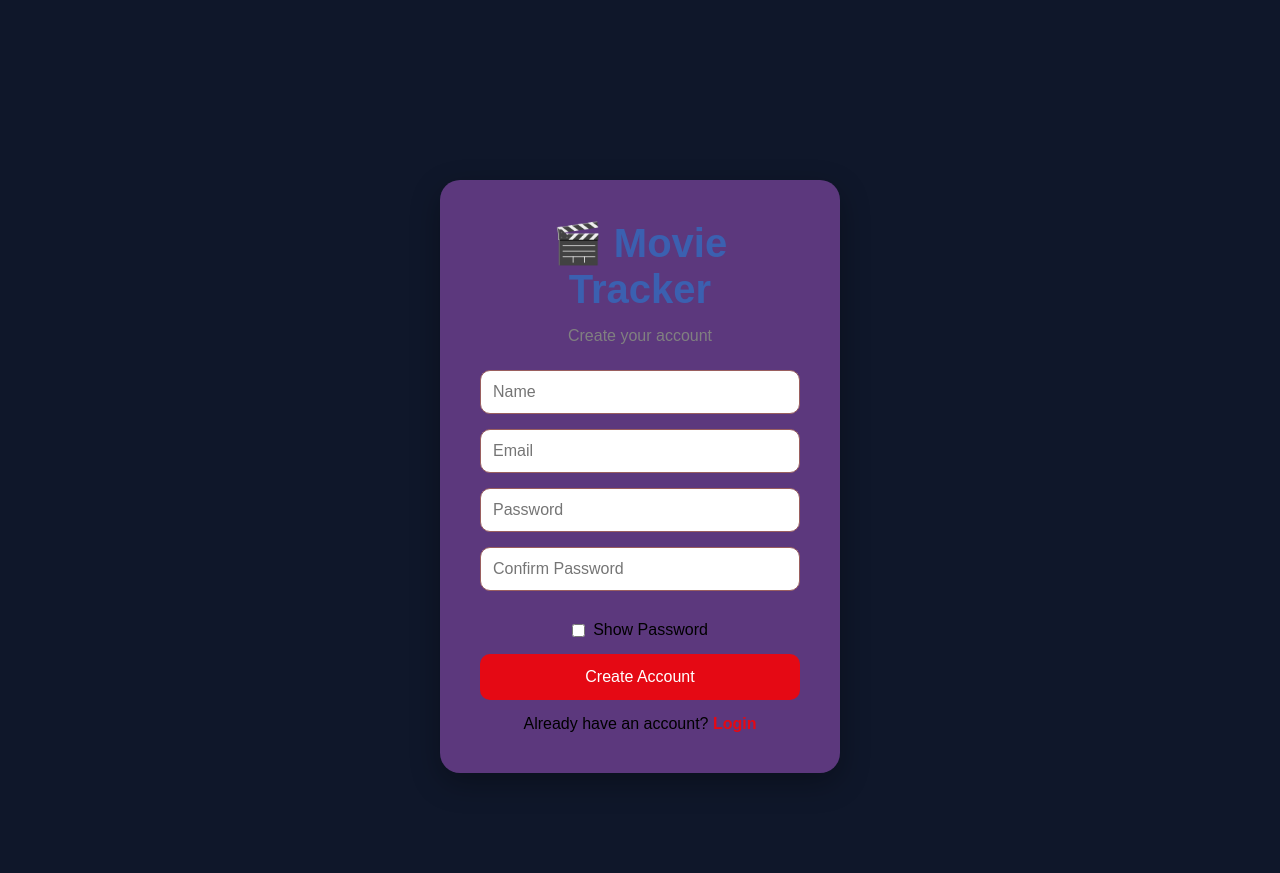
Repository: Dinesh-Codebais/movie-tracker
Page: signup.html
An editor plug-in stored every save of this project. The page is shown before and after the next save, followed by the edit.
The browser window is 1280 px wide. The pictures show the whole page.

Above is the page before, as saved 2026-06-22 10:56:43.
Console error: TypeError: Cannot read properties of null (reading 'addEventListener')

### signup.html
<!DOCTYPE html>
<html lang="en">
<head>
    <meta charset="UTF-8">
    <meta name="viewport" content="width=device-width, initial-scale=1.0">
    <title>Sign Up</title>

    <link rel="stylesheet" href="style.css">
</head>
<body>

   <div class="signup-box">

    <h2>🎬 Movie Tracker</h2>
    <p class="subtitle">Create your account</p>

    <input type="text" placeholder="Name">

    <input type="email" placeholder="Email">

    <input type="password" placeholder="Password">

    <input type="password" placeholder="Confirm Password">

    <div class="show-pass">
        <input type="checkbox">
        <label>Show Password</label>
    </div>

    <button>Create Account</button>

    <p>
        Already have an account?
        <a href="login.html">Login</a>
    </p>

</div>

    <script src="script.js"></script>

</body>
</html>

### style.css
/* RESET */
*{
    margin:0;
    padding:0;
    box-sizing:border-box;
}

/* BODY */
body{
    background:#0f172a;
    font-family:Arial, sans-serif;
}
.navbar{
    display:flex;
    justify-content:space-between;
    align-items:center;
    padding:20px 8%;
    background:#111827;
    position:sticky;
    top:0;
    z-index:1000;
}

.nav-links{
    display:flex;
    align-items:center;
    list-style:none;
    gap:20px;
}

.nav-links li{
    display:flex;
    align-items:center;
}

.nav-links a{
    color:white;
    text-decoration:none;
    padding:8px 15px;
    border-radius:8px;
    transition:0.3s;
}

.nav-links a:hover{
    background:#e50914;
    color:white;
}


#logoutBtn{
    background:#e50914;
    color:white;
    border:none;
    padding:8px 15px;
    border-radius:8px;
    cursor:pointer;
}


#userInfo{
    color:#facc15;
    font-weight:bold;
}

.logo img {
    height:100px;
    width:auto;
    cursor:pointer;
}

/* LINKS */
.nav-links{
    display:flex;
    list-style:none;
    gap:25px;
}

.nav-links a{
    color:white;
    text-decoration:none;
    padding:8px 15px;
    border-radius:8px;
    transition:0.3s;
}

.nav-links a:hover{
    background:#e50914;
    color:white;
}

/* HERO */
.hero{
    height:90vh;
    display:flex;
    justify-content:center;
    align-items:center;
    text-align:center;
    background:
    linear-gradient(rgba(0,0,0,0.6),rgba(0,0,0,0.7)),
    url("https://images.unsplash.com/photo-1489599849927-2ee91cede3ba");
    background-size:cover;
    background-position:center;
}

.hero-content{
    max-width:700px;
    color:white;
}

.hero-content h1{
    font-size:60px;
}

.hero-content p{
    font-size:20px;
    color:#d1d5db;
    margin:20px 0;
}

/* BUTTON */
.btn{
    display:inline-block;
    padding:15px 35px;
    background:#e50914;
    color:white;
    text-decoration:none;
    border-radius:8px;
    transition:0.3s;
}

.btn:hover{
    transform:translateY(-3px);
}

/* SECTIONS */
.trending,
.features,
.categories,
.stats,
.testimonials,
.newsletter{
    padding:80px 10%;
}

/* TITLES */
h2{
    text-align:center;
    color:white;
    font-size:40px;
    margin-bottom:40px;
}

/* GRID SYSTEM */
.movie-grid,
.feature-grid,
.category-grid,
.stats-grid,
.testimonial-grid{
    display:grid;
    gap:30px;
}

/* MOVIE CARDS */
.movie-grid{
    grid-template-columns:repeat(auto-fit,minmax(250px,1fr));
}

.movie-card img{
    width:100%;
    height:350px;
    object-fit:cover;
    display:block;
}

.movie-card h3{
    color:white;
    margin-top:15px;
}

.movie-card p{
    color:#facc15;
    margin:10px 0 20px;
}

.movie-card:hover{
    transform:translateY(-10px) scale(1.03);
}

/* FEATURE */
.feature-grid{
    grid-template-columns:repeat(auto-fit,minmax(250px,1fr));
}

.feature-card,
.category-card,
.stat-card,
.testimonial-card{
    background:#1f2937;
    padding:30px;
    border-radius:15px;
    color:white;
    text-align:center;
    transition:0.3s;
}

/* CATEGORY */
.category-grid{
    grid-template-columns:repeat(auto-fit,minmax(180px,1fr));
}

.category-card:hover{
    background:#e50914;
    transform:scale(1.05);
}

/* STATS */
.stats-grid{
    grid-template-columns:repeat(auto-fit,minmax(200px,1fr));
}

.stat-card h3{
    color:#e50914;
    font-size:40px;
}

/* TESTIMONIAL */
.testimonial-grid{
    grid-template-columns:repeat(auto-fit,minmax(280px,1fr));

}


/* NEWSLETTER */
.newsletter{
    text-align:center;
}

.newsletter-form{
    display:flex;
    justify-content:center;
    align-items:center;
    gap:10px;
    flex-wrap:wrap;
    margin-top:20px;
}
.newsletter{
    color: rgb(172, 51, 51);
}
/* CTA */
.cta{
    padding:100px 10%;
    text-align:center;
    background:linear-gradient(135deg,#e50914,#ff3b3b);
}

.cta h2{
    color:white;
    font-size:45px;
}

.cta-btn{
    display:inline-block;
    padding:15px 35px;
    background:white;
    color:#e50914;
    border-radius:10px;
    font-weight:bold;
}

/* FOOTER */
.footer{
    background:4E220F
    padding:60px 20px;
    text-align:center;
    color:white
}
/* RESPONSIVE */
@media(max-width:768px){
    .navbar{
        flex-direction:column;
    }

    .nav-links{
        flex-direction:column;
        margin-top:15px;
    }

    .hero-content h1{
        font-size:35px;
    }
}

/* SMOOTH SCROLL */
html{
    scroll-behavior:smooth;
}
@keyframes fadeUp {
    from{
        opacity: 0;
        transform: translateY(30px);
    }
    to{
        opacity: 1;
        transform: translateY(0);
    }
}
.watch-btn,
.explore-btn{
    width: 140px;        /* same size */
    padding: 10px 0;
    margin: 8px 5px;
    border: none;
    border-radius: 8px;
    cursor: pointer;
    font-weight: bold;
    transition: 0.3s;
}

/* Watchlist button */
.watch-btn{
    background: #e50914;
    color: white;
}

/* Explore button */
.explore-btn{
    background: #1f2937;
    color: white;
    border: 1px solid #e50914;
}

/* hover effect */
.watch-btn:hover,
.explore-btn:hover{
    transform: scale(1.05);
    opacity: 0.9;
}

.carousel{
    display:flex;
    justify-content:center;
    align-items:center;
    gap:20px;
}

.side-img{
    width:220px;
    height:320px;
    object-fit:cover;
    border-radius:15px;
    opacity:0.7;
    transform:scale(0.85);
    transition:0.5s;
}

.center-img{
    width:320px;
    height:420px;
    object-fit:cover;
    border-radius:18px;
    transform:scale(1.05);
    box-shadow:0 15px 40px rgba(0,0,0,0.6);
    transition:0.5s;
}

.watchlist h2{
    color:white;
    font-size:40px;
    margin-bottom:20px;
}

.watchlist p{
    color:#d1d5db;
}


.nav-links a.active {
    color: #ff3c78;
    font-weight: bold;
    border-bottom: 2px solid #ff3c78;
}
/* =========================
   MOVIE CARD UPGRADE
========================= */

.movie-card img{
    width: 100%;
    height: 280px;
    object-fit: contain;   /* 👈 important */
    background: #FFF4E1; /* empty space fill look */
    border-radius: 12px;
}

.movie-card:hover{
    transform:translateY(-10px) scale(1.03);
}

/* =========================
   WATCHLIST
========================= */

#watchlistMovies{
    list-style:none;
    padding:0;
    margin-top:20px;
}

#watchlistMovies li{
    background:#1f2937;
    color:white;
    padding:12px;
    margin:10px auto;
    width:300px;
    border-radius:10px;
    font-weight:bold;
    box-shadow:0 0 10px rgba(0,0,0,0.3);
}

/* =========================
   SLIDER
========================= */

#slider-img{
    width:300px;
    height:450px;
    object-fit:cover;
    border-radius:15px;
    box-shadow:0 0 25px rgba(229,9,20,0.5);
    transition:0.5s;
}

/* =========================
   DARK MODE
========================= */

body.dark{
    background:#111;
    color:white;
}

body.dark .navbar{
    background:#000;
}

body.dark .movie-card{
    background:#222;
}

body.dark .feature-card,
body.dark .category-card,
body.dark .stat-card,
body.dark .testimonial-card{
    background:#222;
}

body.dark .watchlist{
    background:#000;
}

body.dark #watchlistMovies li{
    background:#333;
    color:white;
}

body.dark .footer{
    background:#000;
}
body{
    padding-top:80px;
}
.form-box{
    width:350px;
    margin:100px auto;
    background:white;
    padding:25px;
    border-radius:10px;
    text-align:center;
}

.form-box input{
    width:100%;
    padding:10px;
    margin:10px 0;
}

.form-box button{
    width:100%;
    padding:10px;
    cursor:pointer;
}

.dropdown{
    position: relative;
}

.dropdown-menu{
    display: none !important;
    position: absolute;
    top: 100%;
    left: 0;
    background: #111827;
    min-width: 180px;
    list-style: none;
    padding: 0;
    margin: 0;
    z-index: 1000;
}

.dropdown-menu li{
    display: block;
    width: 100%;
}

.dropdown-menu a{
    display: block;
    padding: 10px 15px;
}

.dropdown:hover .dropdown-menu{
    display: block !important;
}
.signup-box{
    width: 400px;
    padding: 40px;
    background: #fff;
    border-radius: 20px;
    box-shadow: 0 10px 30px rgba(0,0,0,0.2);
}

/* SIGNUP PAGE */

.signup-box{
    width:400px;
    margin:100px auto;
    padding:40px;
    background:rgb(92, 56, 125);
    border-radius:20px;
    box-shadow:0 10px 30px rgba(0,0,0,0.3);
}

.signup-box h2{
    color:#3b60b0;
    text-align:center;
    margin-bottom:5px;
}

.subtitle{
    text-align:center;
    color:gray;
    margin-bottom:25px;
}

.signup-box input[type="text"],
.signup-box input[type="email"],
.signup-box input[type="password"]{
    width:100%;
    padding:12px;
    margin-bottom:15px;
    border:1px solid #9a5f5f;
    border-radius:10px;
    font-size:16px;
}

.signup-box input:focus{
    outline:none;
    border-color:#e50914;
}

.show-pass{
    display:flex;
    justify-content:center;
    align-items:center;
    gap:8px;
    margin:15px 0;
}

.signup-box button{
    width:100%;
    padding:14px;
    background:#e50914;
    color:white;
    border:none;
    border-radius:10px;
    font-size:16px;
    cursor:pointer;
}

.signup-box button:hover{
    opacity:0.9;
}

.signup-box p{
    text-align:center;
    margin-top:15px;
}

.signup-box a{
    color:#e50914;
    text-decoration:none;
    font-weight:bold;
}

### script.js
console.log("JS Connected");

// =========================
// MOVIE DATA
// =========================

const movieData = [
    {
        title: "Interstellar",
        rating: 8.7
    },
    {
        title: "Oppenheimer",
        rating: 8.5
    },
    {
        title: "Avatar",
        rating: 8.1
    }
];

console.log("Movie Tracker JS Connected!");
console.log(movieData);

console.log(movieData[0].title);
console.log(movieData[1].rating);

movieData.forEach(function(movie){
    console.log(movie.title);
});


// =========================
// SEARCH
// =========================

const searchInput = document.getElementById("searchInput");
const movies = document.querySelectorAll(".movie-card");

searchInput.addEventListener("keyup", function () {

    const value = searchInput.value.toLowerCase();

    movies.forEach(function (movie) {

        const movieName = movie
            .querySelector("h3")
            .textContent
            .toLowerCase();

        if (movieName.includes(value)) {
            movie.style.display = "block";
        } else {
            movie.style.display = "none";
        }

    });

});


// =========================
// IMAGE SLIDER
// =========================
const images = [
    "images/movie1.jpg",
    "images/movie2.jpg",
    "images/movie3.jpg",
  "images/movie4.jpg",
   "images/movie5.jpg",
  "images/movie6.jpg",
  "images/movie7.jpg",
  "images/movie8.jpg",
];

const leftImg = document.getElementById("left-img");
const centerImg = document.getElementById("center-img");
const rightImg = document.getElementById("right-img");

let index = 0;

function updateCarousel() {

    leftImg.src =
        images[(index + images.length - 1) % images.length];

    centerImg.src =
        images[index];

    rightImg.src =
        images[(index + 1) % images.length];
}

setInterval(() => {
    index = (index + 1) % images.length;
    updateCarousel();
}, 3000);

updateCarousel();

// =========================
// WATCHLIST
// =========================

let savedMovies =
    JSON.parse(localStorage.getItem("watchlist")) || [];

const watchButtons =
    document.querySelectorAll(".watch-btn");

const watchList =
    document.getElementById("watchlistMovies");

const watchCount =
    document.getElementById("watchCount");

function renderWatchlist() {

    if (!watchList) return;

    watchList.innerHTML = "";

    savedMovies.forEach(function (movie, index) {

        const li = document.createElement("li");

        li.innerHTML = `
            ${movie}
            <button onclick="removeMovie(${index})">
                ❌
            </button>
        `;

        watchList.appendChild(li);

    });

    if (watchCount) {
        watchCount.textContent = savedMovies.length;
    }
}

function removeMovie(index) {

    savedMovies.splice(index, 1);

    localStorage.setItem(
        "watchlist",
        JSON.stringify(savedMovies)
    );

    renderWatchlist();
}

renderWatchlist();

watchButtons.forEach(function (button) {

    button.addEventListener("click", function () {

        const movieCard =
            button.parentElement;

        const movieName =
            movieCard.querySelector("h3")
            .textContent;

        if (!savedMovies.includes(movieName)) {

            savedMovies.push(movieName);

            localStorage.setItem(
                "watchlist",
                JSON.stringify(savedMovies)
            );

            renderWatchlist();

            alert(movieName + " added to Watchlist!");
        }
        else {

            alert("Movie already added!");
        }

    });

});




// =========================
// TOTAL MOVIES COUNTER
// =========================

const totalMovies =
    document.getElementById("totalMovies");

if (totalMovies) {

    totalMovies.textContent =
        movies.length;
}

// =========================
// CHECK LOGIN STATUS
// =========================

const logoutBtn = document.getElementById("logoutBtn");

const loggedUser = localStorage.getItem("name");

if (loggedUser) {

    if(logoutBtn){
        logoutBtn.style.display = "block";
    }
}


function logout() {

    localStorage.removeItem("name");
    localStorage.removeItem("email");
    localStorage.removeItem("password");

    alert("Logged Out Successfully");

    window.location.reload();
}
function signup(){

    let name = document.getElementById("signupName").value;
    let email = document.getElementById("signupEmail").value;
    let password = document.getElementById("signupPassword").value;

    localStorage.setItem("name", name);
    localStorage.setItem("email", email);
    localStorage.setItem("password", password);

    alert("Account Created");

    window.location.href = "index.html";
}
function login(){

    let email = document.getElementById("loginEmail").value;
    let password = document.getElementById("loginPassword").value;

    let savedEmail = localStorage.getItem("email");
    let savedPassword = localStorage.getItem("password");

    if(email === savedEmail && password === savedPassword){

        alert("Login Successful");

        window.location.href = "index.html";

    }else{

        alert("Wrong Email or Password");
    }
}

function showLoginPassword() {

    let password =
        document.getElementById("loginPassword");

    if (password.type === "password") {
        password.type = "text";
    } else {
        password.type = "password";
    }
}

function showSignupPassword() {

    let password =
        document.getElementById("signupPassword");

    if (password.type === "password") {
        password.type = "text";
    } else {
        password.type = "password";
    }
}

After the next save:
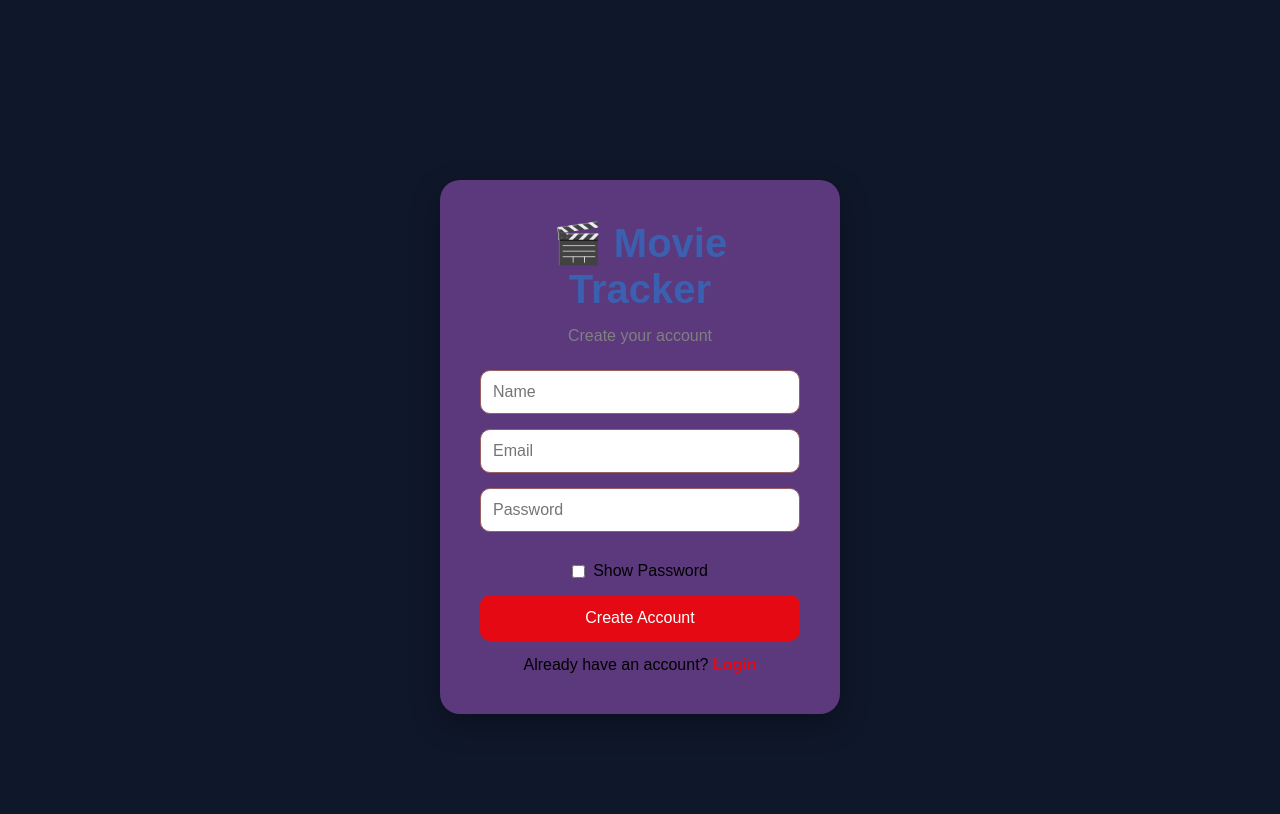
Saved 44 s later.
--- a/signup.html
+++ b/signup.html
@@ -20,7 +20,6 @@
 
     <input type="password" placeholder="Password">
 
-    <input type="password" placeholder="Confirm Password">
 
     <div class="show-pass">
         <input type="checkbox">
